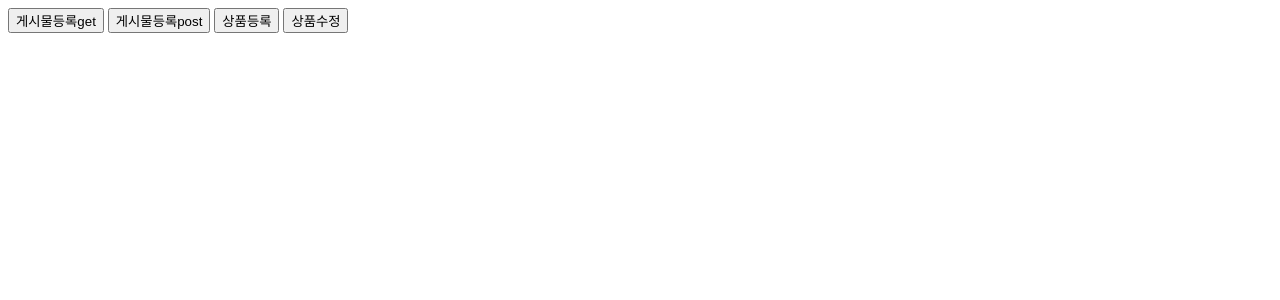
Repository: hminah0215/bitcamp
Page: stsAopTest/AOP_LogTest/src/main/resources/static/index.html
The author's editor kept a copy of each file at every save. The page is drawn from the files as they stood at one save, then again after the next save.
The browser window is 1280 px wide. The pictures show the whole page.

Above is the page before, as saved 2020-03-31 02:51:23.

After the next save:
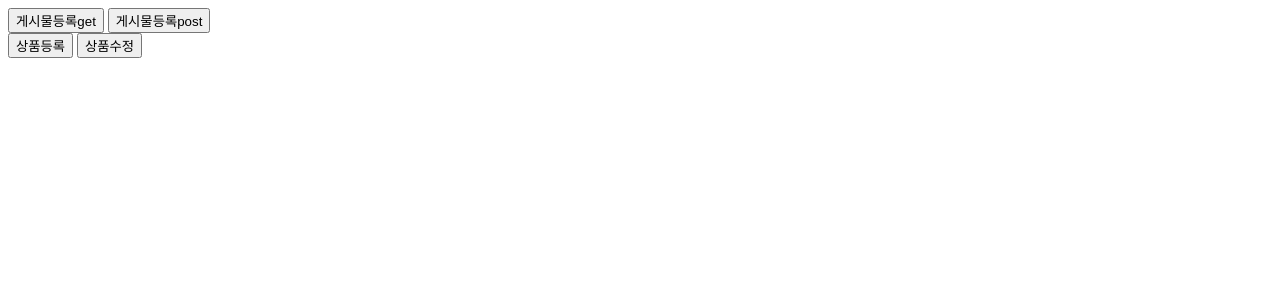
Saved 21 s later.
--- a/stsAopTest/AOP_LogTest/src/main/resources/static/index.html
+++ b/stsAopTest/AOP_LogTest/src/main/resources/static/index.html
@@ -35,7 +35,7 @@
 </head>
 <body>
 	<button id="btnGet">게시물등록get</button>
-	<button id="btnPost">게시물등록post</button>
+	<button id="btnPost">게시물등록post</button><br>
 	<button id="btnInsertGoods">상품등록</button>
 	<button id="btnUpdateGoods">상품수정</button>
 </body>
